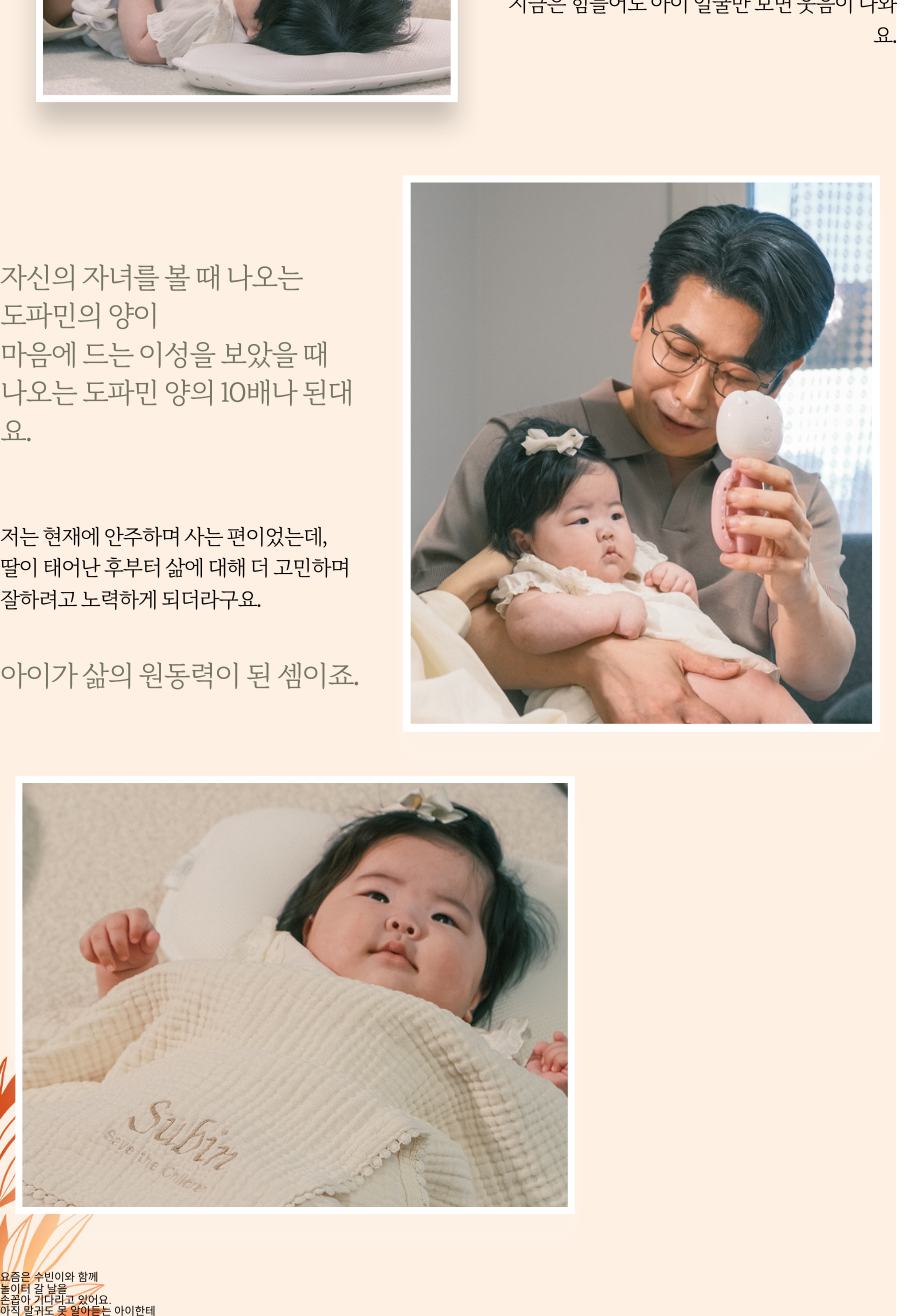
Repository: dlgywls1130/saveTheChildren
Page: index.html
These files come from the project's save history. The page is drawn as it stood at one moment and after the next save; the edit follows.
The browser window is 1280 px wide. The page is 1293 px wide, so the pictures cover 1293 px, including what lies to the right of the window. The pictures show the part of the page from y = 3719 to 5599 px (the page is 10663 px tall before and 10617 px after), at 70% of full size.
Some web fonts or font styles are not loaded; a fallback is used. The style sheet was rebuilt from its Sass, Less or Tailwind sources for each picture, by a compiler version that may differ from the author's.

Above is the page before, as saved 2024-11-01 22:41:47.

After the next save:
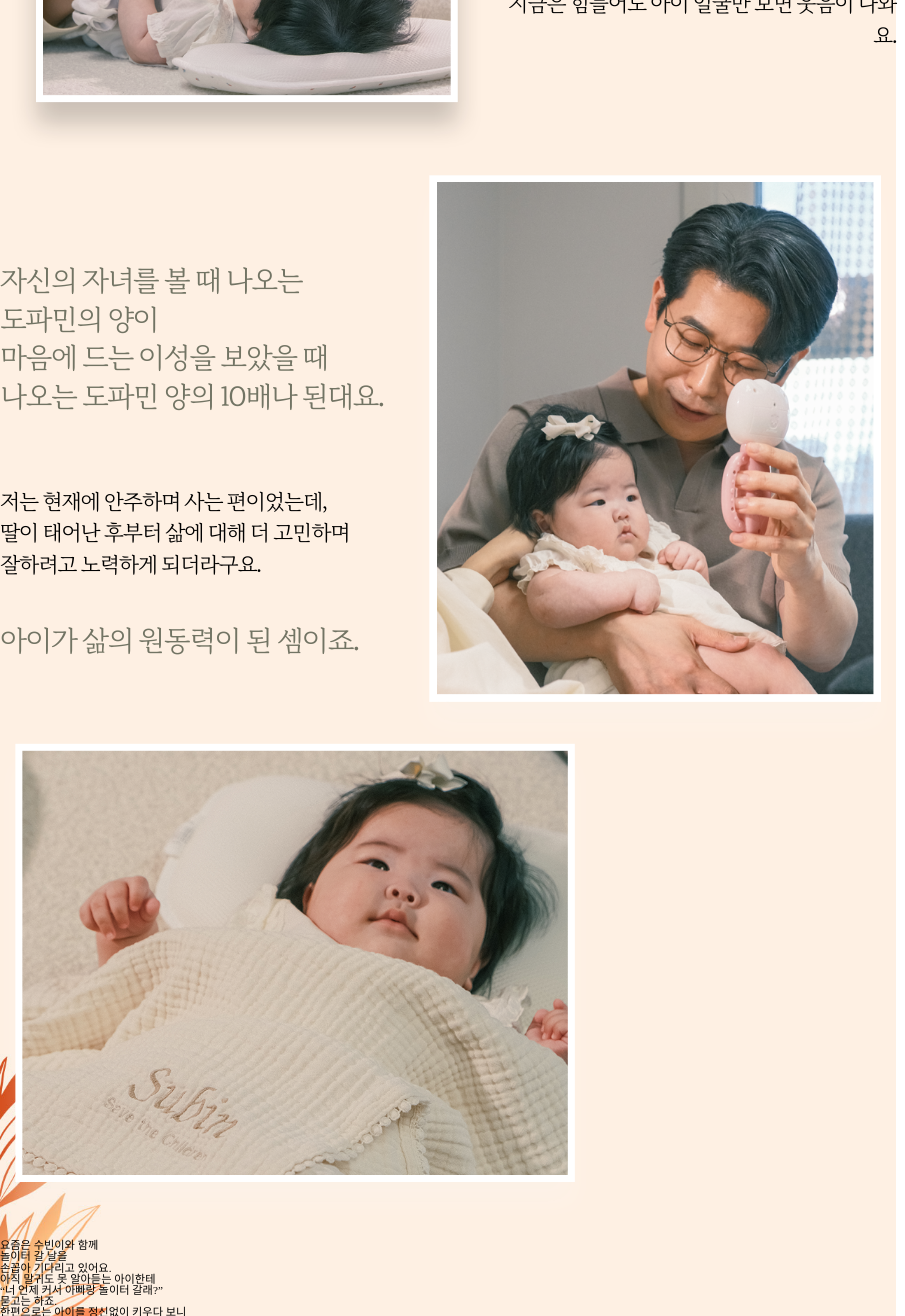
Saved 65 s later.
--- a/css/common.scss
+++ b/css/common.scss
@@ -516,7 +516,7 @@ $sides: (
                 justify-content: space-between;
 
                 .story_image{
-                    width: 750px;
+                    width: 700px;
                     height: auto;
                     img{
                         width: 100%;
